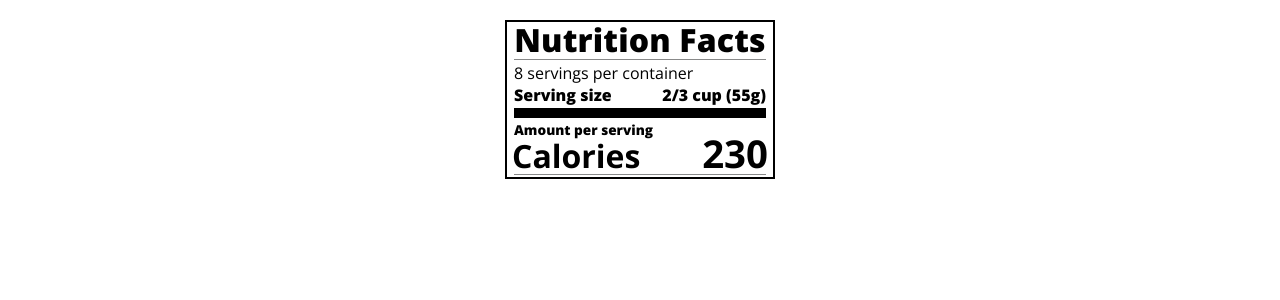
Repository: cipdanila/freeCodeCamp
Page: NutritionLabel/index.html
These files come from the project's save history. The page is drawn as it stood at one moment and after the next save; the edit follows.
The browser window is 1280 px wide. The pictures show the whole page.

Above is the page before, as saved 2023-10-09 20:04:56.

### NutritionLabel/index.html
<!DOCTYPE html>
<html lang="en">
<head>
    <meta charset="UTF-8">
    <meta name="viewport" content="width=device-width, initial-scale=1.0">
    <title>Nutrition Label</title>
    <link rel="stylesheet" href="https://fonts.googleapis.com/css?family=Open+Sans:400,700,800">
    <link rel="stylesheet" href="styles.css">
</head>
<body>
    <div class="label">
        <header>
            <h1 class="bold">Nutrition Facts</h1>
            <div class="divider"></div>
            <p>8 servings per container</p>
            <p class="bold">Serving size <span>2/3 cup (55g)</span></p>
        </header>
        <div class="divider large"></div>
        <div class="calories-info">
            <div class="left-container">
                <h2 class="bold small-text">Amount per serving</h2>
                <p>Calories</p>
            </div>
            <span>230</span>
        </div>
        <div class="divider medim"></div>
    </div>
</body>
</html>

### NutritionLabel/styles.css
* {
    box-sizing: border-box;
}

html {
    font-size: 16px;
}

body {
    font-family: "Open Sans", sans-serif;
}

.label {
    border: 2px solid black;
    width: 270px;
    margin: 20px auto;
    padding: 0 7px;
}

.bold {
    font-weight: 800;
}

header h1 {
    text-align: center;
    margin: -4px 0;
    letter-spacing: 0.15px;
}

p {
    margin: 0;
    display: flex;
    justify-content: space-between;
}

.divider {
    border-bottom: 1px solid #888989;
    margin: 2px 0;
}

.large {
    height: 10px;
}

.large, .medium {
    background-color: black;
    border: 0;
}

.small-text {
    font-size: 0.85rem;
}

.calories-info h2 {
    margin: 0;
}

.calories-info {
    display: flex;
    justify-content: space-between;
    align-items: flex-end;
}

.left-container p {
    margin: -5px -2px;
    font-size: 2em;
    font-weight: 700;
}

.calories-info span {
    font-size: 2.4em;
    font-weight: 700;
    margin: -7px -2px;
}

.medium {
    height: 5px;
}

After the next save:
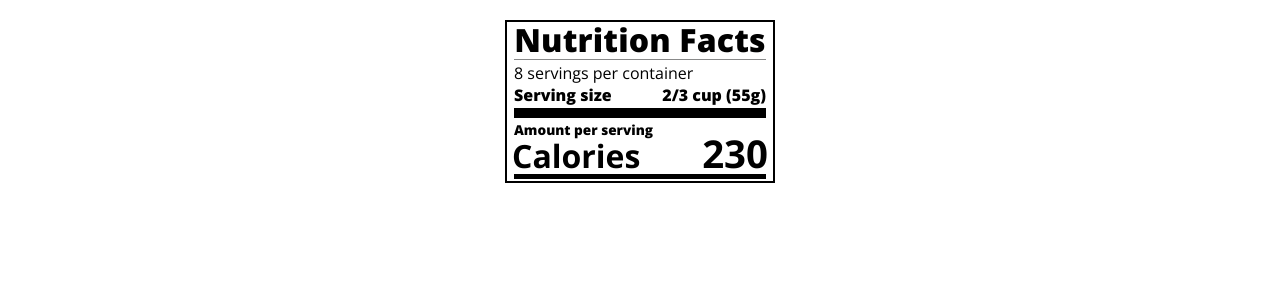
Saved 90 s later.
--- a/NutritionLabel/index.html
+++ b/NutritionLabel/index.html
@@ -23,7 +23,8 @@
             </div>
             <span>230</span>
         </div>
-        <div class="divider medim"></div>
+        <div class="divider medium"></div>
+
     </div>
 </body>
 </html>
